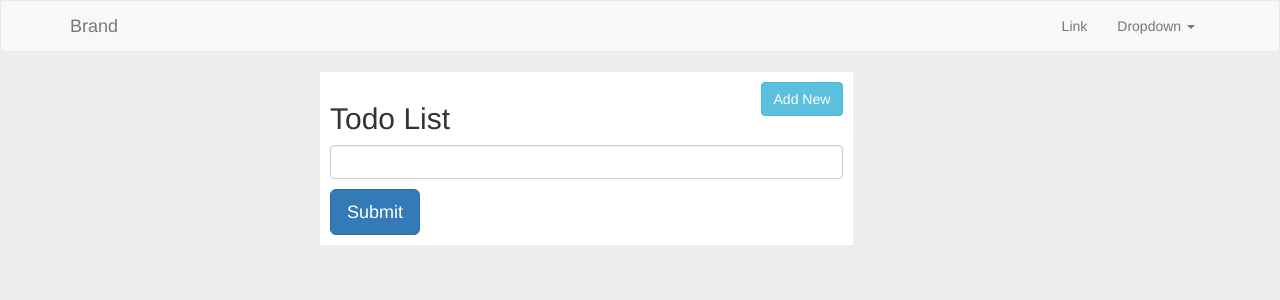
Repository: neoighodaro-articles/migrating-to-laravel
Page: http://localhost/pages/add.php
These files come from the project's save history. The page is drawn as it stood at one moment and after a run of saves; the edit follows.
The browser window is 1280 px wide. The pictures show the whole page.
The page is run by PHP 8.4 with error messages shown; the project is at /var/www/html/.

Above is the page before, as saved 2018-06-12 20:38:09.

### vanilla/pages/add.php



<?php require_once '../functions.php'; ?>
<!DOCTYPE html>
<html lang="en">
<head>
  <meta charset="UTF-8">
  <meta name="viewport" content="width=device-width, initial-scale=1.0">
  <meta http-equiv="X-UA-Compatible" content="ie=edge">
  <title>Todo Home</title>
  <link rel="stylesheet" href="https://maxcdn.bootstrapcdn.com/bootstrap/3.3.7/css/bootstrap.min.css" integrity="sha384-BVYiiSIFeK1dGmJRAkycuHAHRg32OmUcww7on3RYdg4Va+PmSTsz/K68vbdEjh4u" crossorigin="anonymous">
  <style>
    body {
      background: #EEE;
    }
    .todo__no__space{
      padding-left: 0px;
      padding-right: 0px;
    }
  </style>
</head>
<body>
<nav class="navbar navbar-default">
  <div class="container">
    <!-- Brand and toggle get grouped for better mobile display -->
    <div class="navbar-header">
      <button type="button" class="navbar-toggle collapsed" data-toggle="collapse" data-target="#bs-example-navbar-collapse-1" aria-expanded="false">
        <span class="sr-only">Toggle navigation</span>
        <span class="icon-bar"></span>
        <span class="icon-bar"></span>
        <span class="icon-bar"></span>
      </button>
      <a class="navbar-brand" href="#">Brand</a>
    </div>

    <!-- Collect the nav links, forms, and other content for toggling -->
    <div class="collapse navbar-collapse" id="bs-example-navbar-collapse-1">

      <ul class="nav navbar-nav navbar-right">
        <li><a href="#">Link</a></li>
        <li class="dropdown">
          <a href="#" class="dropdown-toggle" data-toggle="dropdown" role="button" aria-haspopup="true" aria-expanded="false">Dropdown <span class="caret"></span></a>
          <ul class="dropdown-menu">
            <li><a href="#">Action</a></li>
            <li><a href="#">Another action</a></li>
            <li><a href="#">Something else here</a></li>
            <li role="separator" class="divider"></li>
            <li><a href="#">Separated link</a></li>
          </ul>
        </li>
      </ul>
    </div><!-- /.navbar-collapse -->
  </div><!-- /.container-fluid -->

</nav>

  <div class="col-md-5 col-md-offset-3" style="background: #FFF;padding: 10px">
    <div class="pull-left">
      <h2>Todo List</h2>
    </div>
    <div class="pull-right">
      <a href="add.php" class="btn btn-info">Add New</a>
    </div>
    <div class="clearfix"></div>
    <form method="POST">
           <input type="text" class="form-control">
        <p></p>
        <button class="btn btn-primary btn-lg"> Submit </button>




  </div>
</body>
</html>

### vanilla/functions.php
<?php
 $host = 'localhost';
 $dbname= 'vanilla';
 $user   = 'root';
 $pwd    = 'root';

 try{
   $pdo = new PDO('mysql:host='. $host. ';dbname='. $dbname, $user, $pwd);
  //  echo "connected";
 } catch(PDOException $e) {
   echo "Unable to connect" . $e->getMessage();
 }

After the next 2 saves:
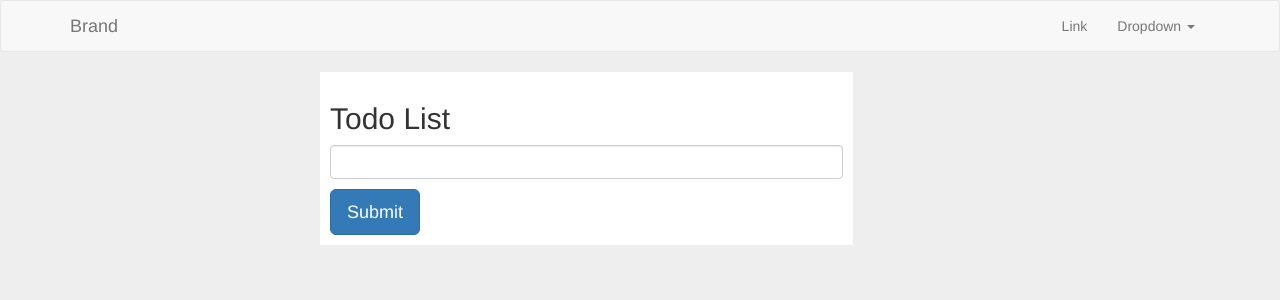
The 2 saves are shown as one change because they came seconds apart.
The last was saved 15 s later.
--- a/vanilla/pages/add.php
+++ b/vanilla/pages/add.php
@@ -56,21 +56,11 @@
 </nav>
 
   <div class="col-md-5 col-md-offset-3" style="background: #FFF;padding: 10px">
-    <div class="pull-left">
       <h2>Todo List</h2>
-    </div>
-    <div class="pull-right">
-      <a href="add.php" class="btn btn-info">Add New</a>
-    </div>
-    <div class="clearfix"></div>
     <form method="POST">
            <input type="text" class="form-control">
         <p></p>
         <button class="btn btn-primary btn-lg"> Submit </button>
-
-
-
-
   </div>
 </body>
 </html>
